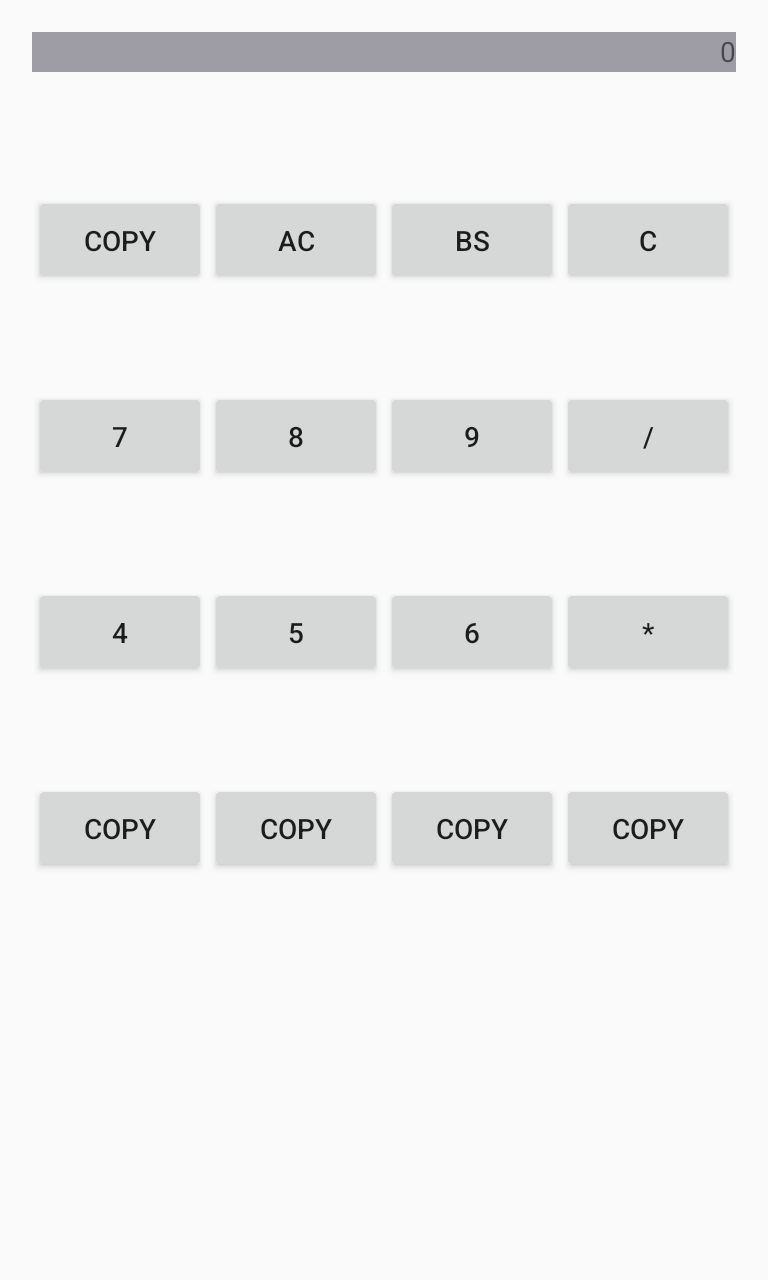
Repository: y-matsumoto/TECH.C-2015
Layout: submit/shokei/java0704/Calculator/res/layout/activity_main.xml
An editor plug-in stored every save of this project. The layout is shown before and after the next save, followed by the edit.
It is drawn on a 768 x 1280 px phone screen (xhdpi) without system bars, with theme AppTheme; the app's code is not run.

Above is the layout before, as saved 2015-07-04 07:16:46.

After the next save:
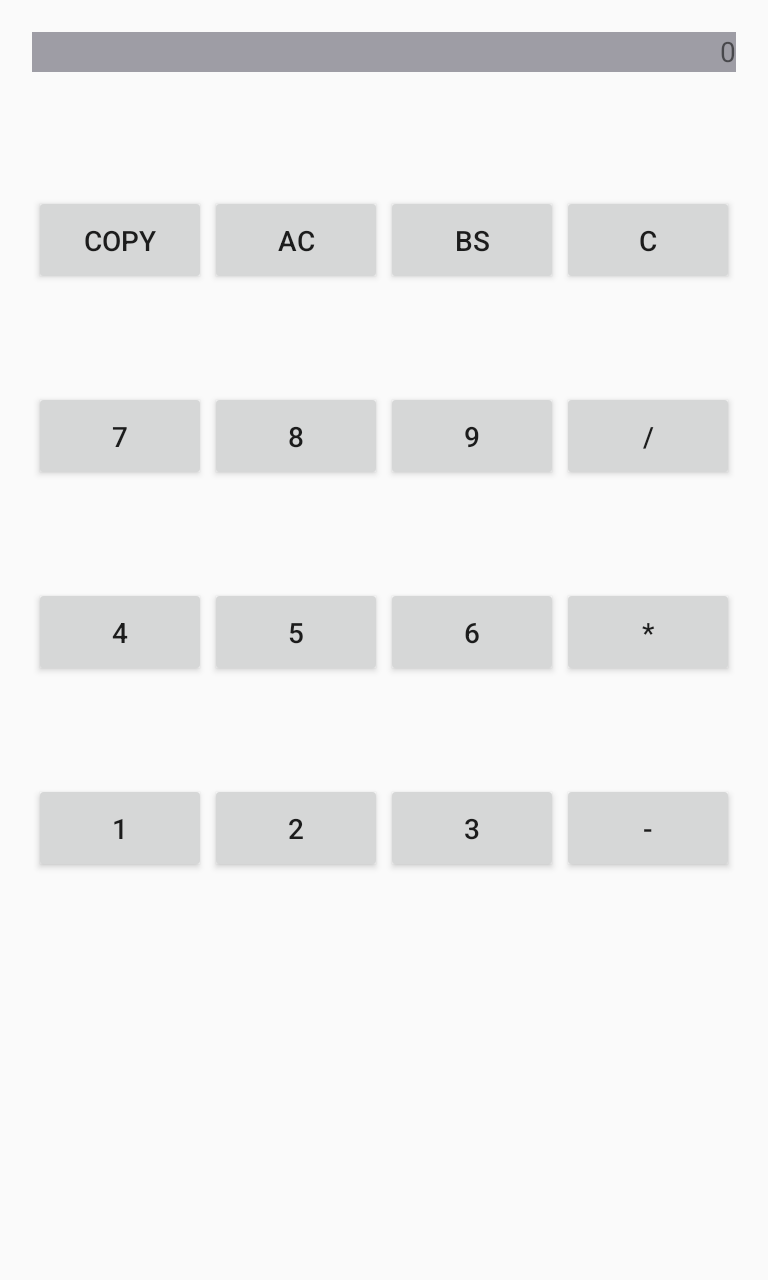
Saved 25 s later.
--- a/submit/shokei/java0704/Calculator/res/layout/activity_main.xml
+++ b/submit/shokei/java0704/Calculator/res/layout/activity_main.xml
@@ -143,32 +143,32 @@
         android:orientation="horizontal" >
 
         <Button
-            android:id="@+id/Copy"
+            android:id="@+id/ONE"
             android:layout_width="wrap_content"
             android:layout_height="wrap_content"
             android:layout_weight="1"
-            android:text="Copy" />
+            android:text="1" />
 
         <Button
-            android:id="@+id/Copy"
+            android:id="@+id/TWO"
             android:layout_width="wrap_content"
             android:layout_height="wrap_content"
             android:layout_weight="1"
-            android:text="Copy" />
+            android:text="2" />
 
         <Button
-            android:id="@+id/Copy"
+            android:id="@+id/THREE"
             android:layout_width="wrap_content"
             android:layout_height="wrap_content"
             android:layout_weight="1"
-            android:text="Copy" />
+            android:text="3" />
 
         <Button
-            android:id="@+id/Copy"
+            android:id="@+id/MINUS"
             android:layout_width="wrap_content"
             android:layout_height="wrap_content"
             android:layout_weight="1"
-            android:text="Copy" />
+            android:text="-" />
     </LinearLayout>
 
 </RelativeLayout>
